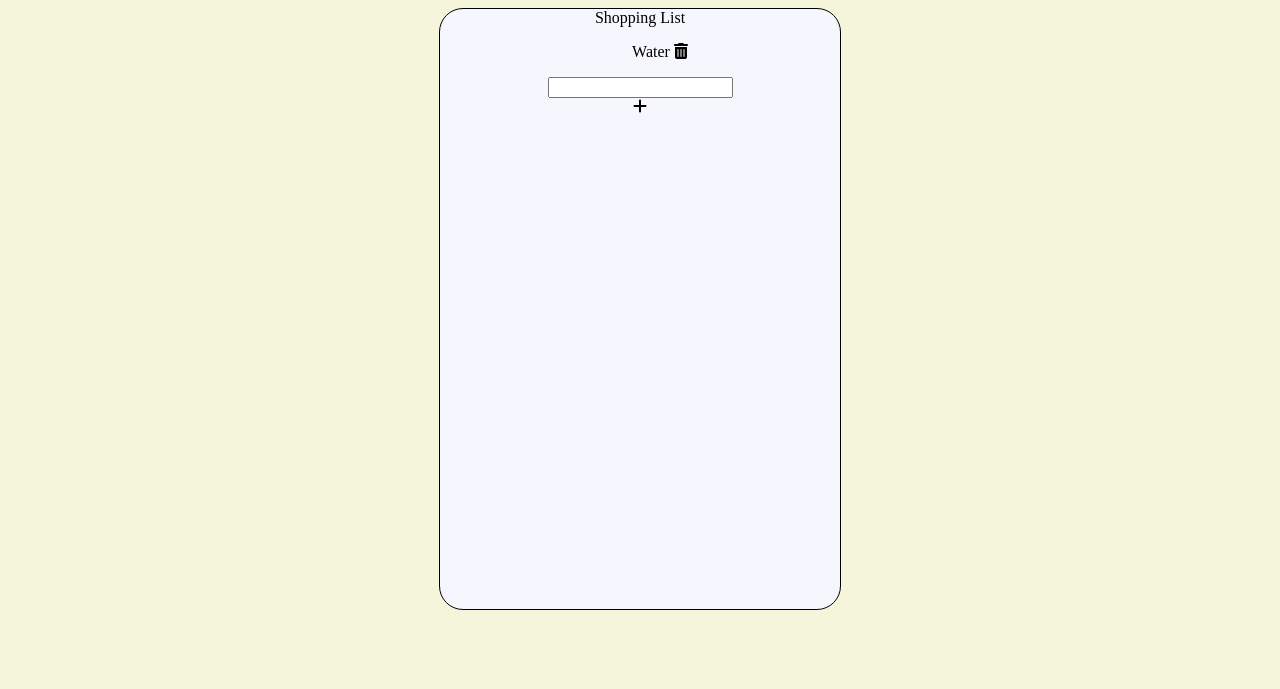
Repository: keehoonjung/Shopping-list
Page: index.html
An editor plug-in stored every save of this project. The page is shown before and after a run of saves, followed by the edit.
The browser window is 1280 px wide. The pictures show the whole page.
Some web libraries are served in a nearby version.

Above is the page before, as saved 2021-08-07 17:22:08.

After the next 2 saves:
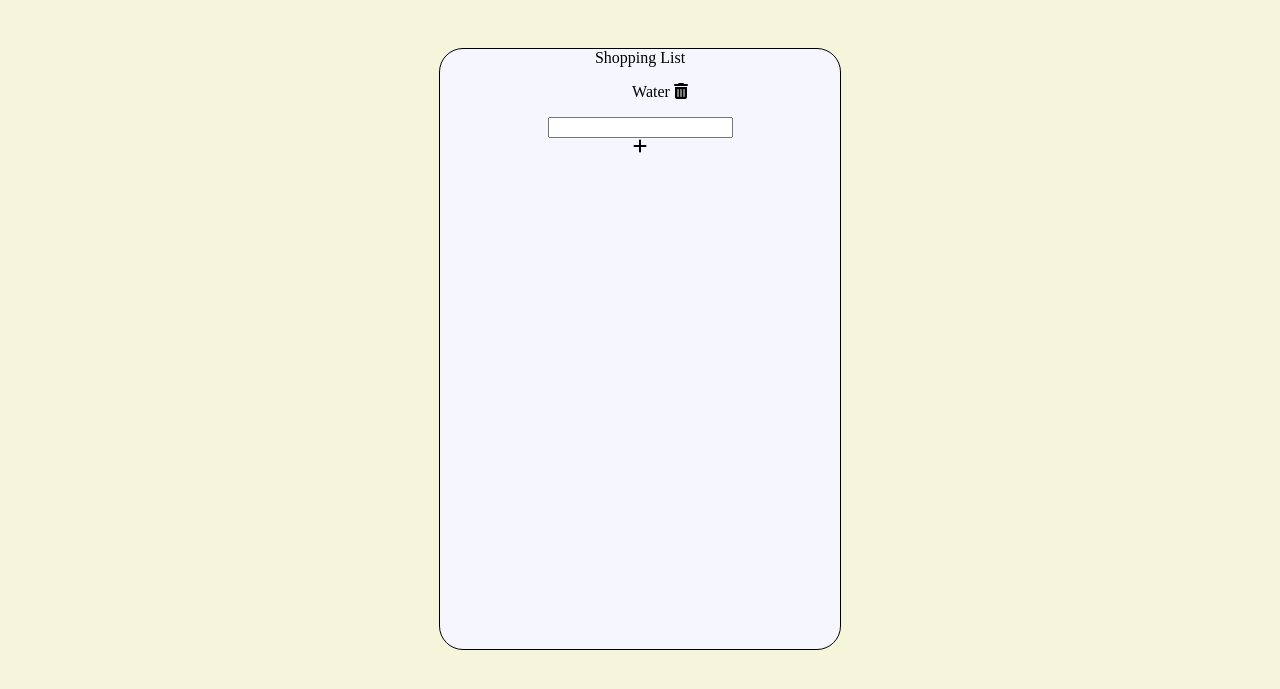
The 2 saves are shown as one change because they came seconds apart.
The last was saved 36 s later.
--- a/style.css
+++ b/style.css
@@ -14,4 +14,5 @@
   width: 400px;
   border: 1px solid;
   border-radius: 24px;
+  transform: translateY(40px);
 }
